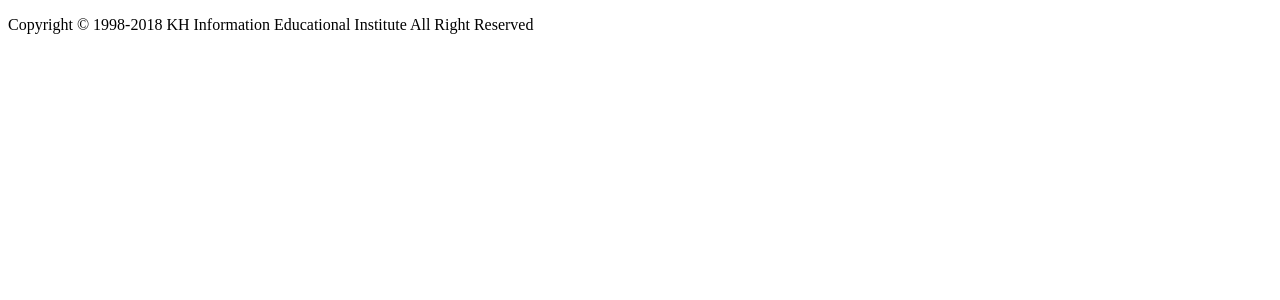
Repository: NohMinSoo/khSpring
Page: http://localhost/1_Spring_Web/resources/common/sub_header.jsp
The author's editor kept a copy of each file at every save. The page is drawn from the files as they stood at one save, then again after the next save.
The browser window is 1280 px wide. The pictures show the whole page.
The page is served by Tomcat 9. Other server files are loaded and not shown.

Above is the page before, as saved 2018-11-16 08:51:55.

### 1_Spring_Web/src/main/webapp/resources/common/sub_header.jsp
<%@ page language="java" contentType="text/html; charset=UTF-8"
    pageEncoding="UTF-8"%>
<!DOCTYPE html PUBLIC "-//W3C//DTD HTML 4.01 Transitional//EN" "http://www.w3.org/TR/html4/loose.dtd">
<html>
<head>
<meta http-equiv="Content-Type" content="text/html; charset=UTF-8">
<title>Insert title here</title>
</head>
<style>
	#bottom_copy{
		height:100%;
	}
</style>
<body>
<div id="bottom_copy">

		<p class="subcopy">
			Copyright © 1998-2018 KH Information Educational Institute All Right Reserved</p>
	</div>
</body>
</html>

After the next save:
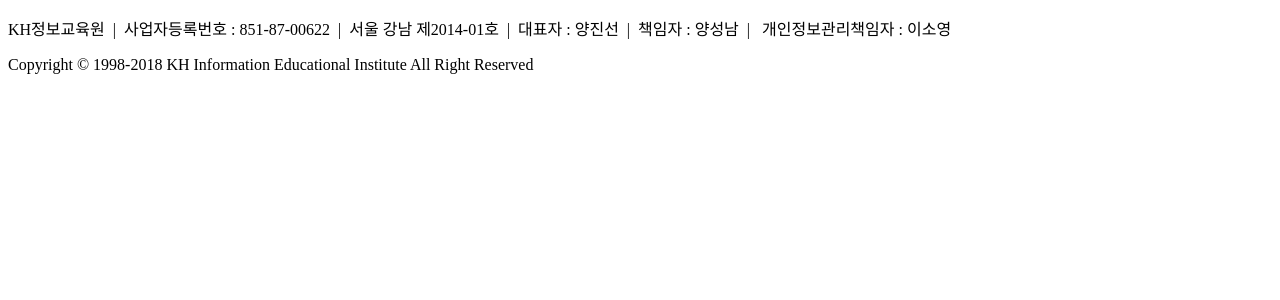
Saved 16 s later.
--- a/1_Spring_Web/src/main/webapp/resources/common/sub_header.jsp
+++ b/1_Spring_Web/src/main/webapp/resources/common/sub_header.jsp
@@ -13,7 +13,7 @@
 </style>
 <body>
 <div id="bottom_copy">
-
+		<p class="maincopy">KH정보교육원&nbsp; | &nbsp;사업자등록번호 : 851-87-00622&nbsp; | &nbsp;서울 강남 제2014-01호&nbsp; | &nbsp;대표자 : 양진선&nbsp; | &nbsp;책임자 : 양성남&nbsp; | &nbsp; 개인정보관리책임자 : 이소영</p>
 		<p class="subcopy">
 			Copyright © 1998-2018 KH Information Educational Institute All Right Reserved</p>
 	</div>
